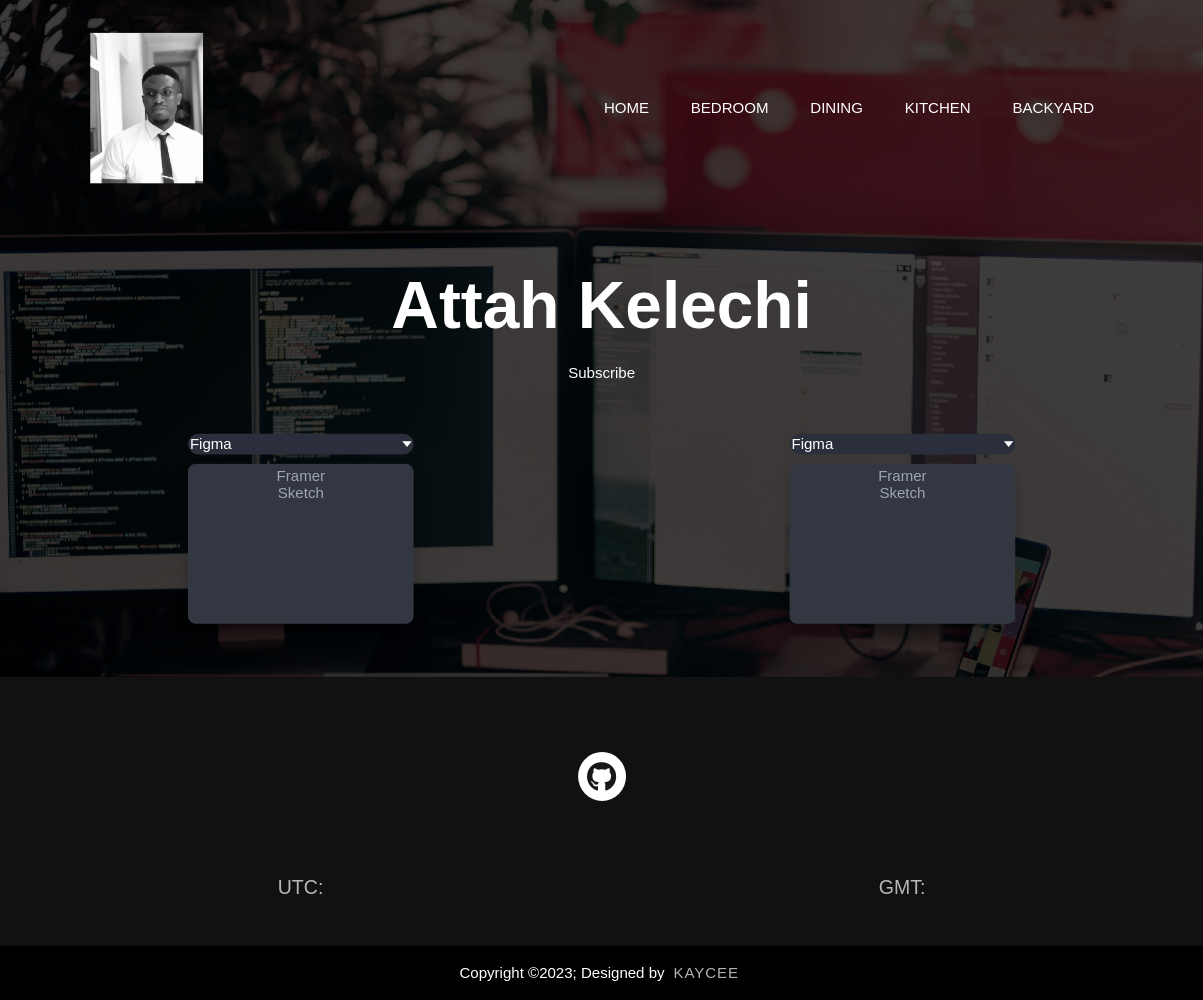
Repository: Kaycee-attah/HNG-Internship_2023
Page: index.html
These files come from the project's save history. The page is drawn as it stood at one moment and after the next save; the edit follows.
The browser window is 1280 px wide. The pictures show the whole page, at 94% of full size.

Above is the page before, as saved 2023-09-07 09:54:50.

After the next save:
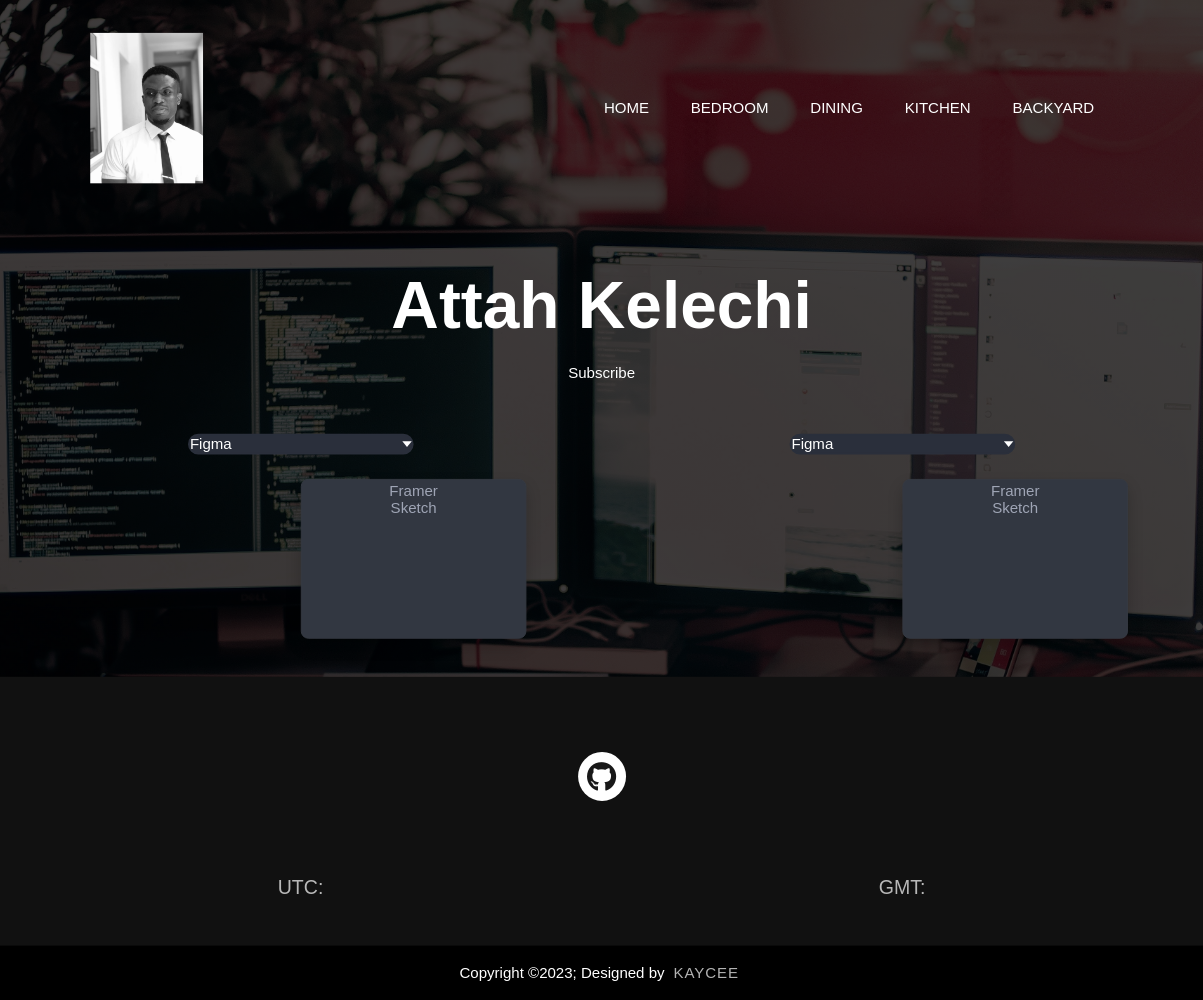
Saved 2 min 46 s later.
--- a/style.css
+++ b/style.css
@@ -130,8 +130,10 @@ body{
     color: #9fa5b5;
     position: absolute;
     width: 100%;
-    margin-top: 10px;
+    top: 3em;
     min-height: 170px;
+    left: 50%;
+
 }
 
 
